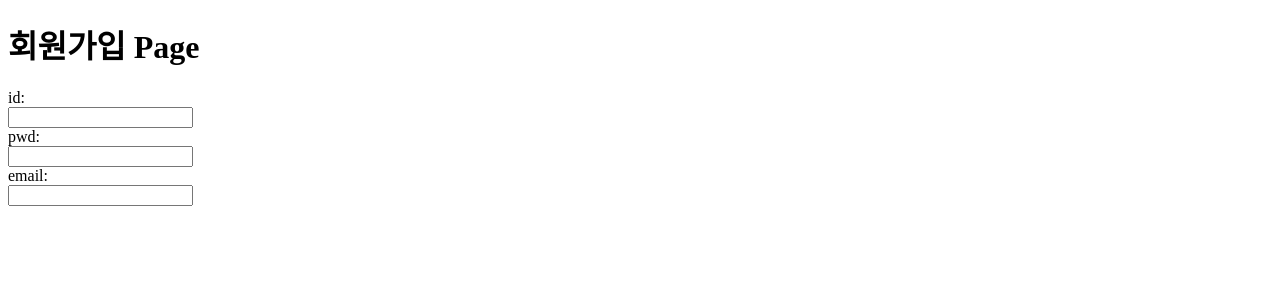
Repository: csk3830/jsp
Page: http://localhost/jsp_study/member/join.jsp
An editor plug-in stored every save of this project. The page is shown before and after a run of saves, followed by the edit.
The browser window is 1280 px wide. The pictures show the whole page.
The page is served by Tomcat 9.

Above is the page before, as saved 2024-10-25 01:54:19.

After the next 2 saves:
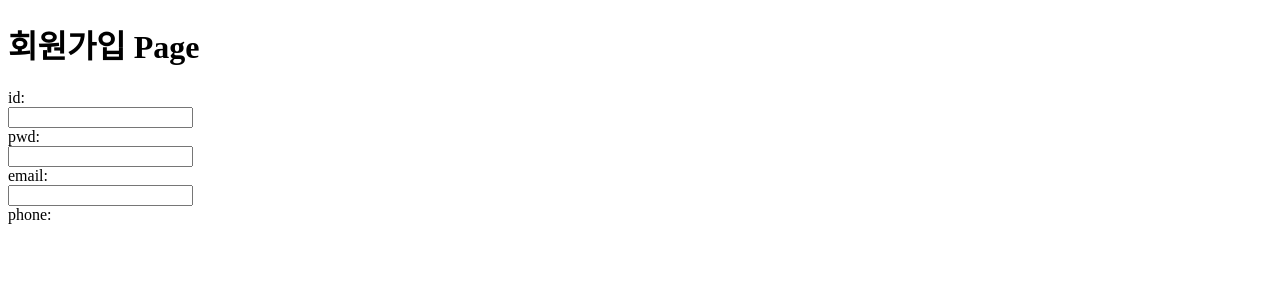
The 2 saves are shown as one change because they came seconds apart.
The last was saved 7 s later.
--- a/jsp_study/src/main/webapp/member/join.jsp
+++ b/jsp_study/src/main/webapp/member/join.jsp
@@ -16,6 +16,7 @@
 		<input type="password" name="pwd"><br>
 		email:<br>
 		<input type="text" name="email"><br>
+		phone:<br>
 	</form>
 </body>
 </html>
